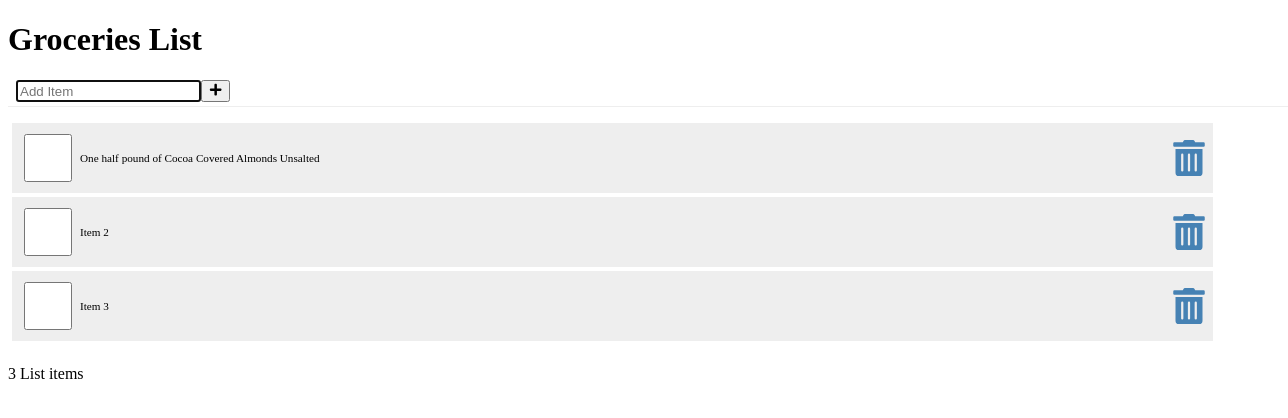
Repository: akinmiday/react-series
Page: /
These files come from the project's save history. The page is drawn as it stood at one moment and after the next save; the edit follows.
The browser window is 1280 px wide. The page is 1288 px wide, so the pictures cover 1288 px, including what lies to the right of the window. The pictures show the whole page.
The project was rebuilt for these pictures with package versions that can differ from the ones it lists, and the page was loaded fresh each time. Also part of the build but not shown: vite.config.js, src/index.css.

Above is the page before, as saved 2023-08-22 06:14:18.

### src/App.jsx
import { useState } from 'react'
import './App.css'
import Content from './Content'
import Footer from './Footer'
import Header from './Header'
import AddItem from './AddItem'

const App = () => {
  const [items, setItems] = useState([
    {
      id: 1,
      checked: false,
      item: "One half pound of Cocoa Covered Almonds Unsalted"
    },
    {
      id: 2,
      checked: false,
      item: "Item 2"
    },
    {
      id: 3,
      checked: false,
      item: "Item 3"

    }
  ])

  const handleCheck = (id) => {
    const listItems = items.map((item) => item.id === id ? { ...item, checked: !item.checked } : item)
    setItems(listItems)
    localStorage.setItem("shoppinglist", JSON.stringify(listItems))
  }

  const handleDelete = (id) => {
    const listItems = items.filter((item) => item.id !== id)
    setItems(listItems)
    localStorage.setItem("shoppinglist", JSON.stringify(listItems))
  }

  return (
    <>
      <Header title="Groceries List" />
      <AddItem />
      <Content
        items={items}
        handleCheck={handleCheck}
        handleDelete={handleDelete}
      />
      <Footer length={items.length} />
    </>
  )
}

export default App

### src/App.css
ul {
    width: 95%;
    list-style: none;
    padding: 0 0.25rem 0.25rem;
}

ul li::before{
    content: "\200B";
}

.item{
    display: flex;
    justify-content: flex-start;
    align-items: center;
    padding: 0.5rem 0 0.5rem 0.5rem;
    margin: 0.25rem 0;
    background-color: #eee;
}

.item input[type="checkbox"] {
    text-align: center;
    width: 2.5rem;
    width: 48px;
    min-width: 48px;
    height: 2.5rem;
    height: 48px;
    min-height: 48px;
    cursor: pointer;
    margin-right: 0.5rem;
}

.item input[type="checkbox"]:focus + label{
text-decoration: underline;
}

.item > label{
    font-size: 0.7rem;
    flex-grow: 1;
}

.item svg{
    width: 48px;
    min-width: 48px;
    height: 36px;
    font-size: 2px;
    color: steelblue;
    cursor: pointer;
}

.item svg:focus,
.item svg:hover{
    color: red;
    outline: none;
}

.addForm{
    width: 100%;
    display: flex;
    justify-content: flex-start;
    margin: 0.5rem 0 0;
    padding: 0 0.5rem 0.25rem;
    border-bottom: 1px solid #eee;
}

.addForm label{
    position: absolute;
    left: -99999px;
}

### src/Content.jsx
/* eslint-disable react/prop-types */

import ItemList from "./ItemList"


const Content = ({ items, handleCheck, handleDelete }) => {

    return (
        <>
            {items.length ? (
                <ItemList
                    items={items}
                    handleCheck={handleCheck}
                    handleDelete={handleDelete}
                />
            ) : (
                <p style={{ marginTop: '2rem' }} >Your List is empty</p >
            )}
        </>
    )
}

export default Content

### src/Footer.jsx
// eslint-disable-next-line react/prop-types
const Footer = ({ length }) => {

  return (
    <div>
      <p>{length} List {length <= 1 ? "item" : "items"}  </p>
    </div>
  )
}

export default Footer

### src/Header.jsx
// eslint-disable-next-line react/prop-types
const Header = ({ title }) => {
    return (
        <header>
            <h1>{title}</h1>
        </header>
    )
}

export default Header

### src/AddItem.jsx
import { FaPlus } from "react-icons/fa"
function AddItem() {
    return (
        <form className="addForm">
            <label htmlFor="addItem">Add Item</label>
            <input
                autoFocus
                id="addItem"
                type="text"
                placeholder="Add Item"
                required
            />
            <button
                type="submit"
                aria-label="Add Item">
                <FaPlus />
            </button>

        </form>
    )
}

export default AddItem

### src/ItemList.jsx
/* eslint-disable react/prop-types */
import LineItem from "./LineItem"

const ItemList = ({ items, handleCheck, handleDelete }) => {
    return (
        <ul>
            {items.map((item) => (
                <LineItem
                    key={item.id}
                    item={item}
                    handleCheck={handleCheck}
                    handleDelete={handleDelete}
                />
            ))}
        </ul>
    )
}

export default ItemList

### src/LineItem.jsx
/* eslint-disable react/prop-types */
import { FaTrashAlt } from "react-icons/fa"

const LineItem = ({ item, handleCheck, handleDelete }) => {
    return (
        <li className='item'>
            <input
                type='checkbox'
                checked={item.checked}
                onChange={() => handleCheck(item.id)}
            />
            <label
                style={(item.checked) ? { textDecoration: 'line-through' } : null}
                onDoubleClick={() => handleCheck(item.id)}
            >{item.item}</label>
            <FaTrashAlt
                onClick={() => handleDelete(item.id)}
                role='button'
                tabIndex="0"
                aria-label={`Delete ${item.item}`}
            />
        </li>
    )
}

export default LineItem

Loaded but not shown: index.html (common file); src/main.jsx (common file)

After the next save:
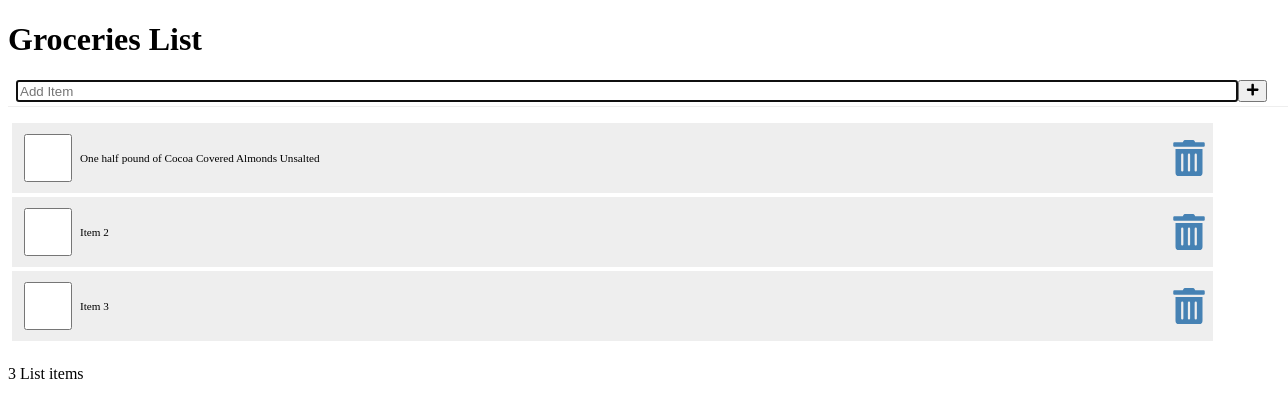
Saved 66 s later.
--- a/src/App.css
+++ b/src/App.css
@@ -66,3 +66,8 @@ text-decoration: underline;
     position: absolute;
     left: -99999px;
 }
+
+.addForm input[type='text']{
+    flex-grow: 1;
+    max-width: calc(100% - 50px);
+}
